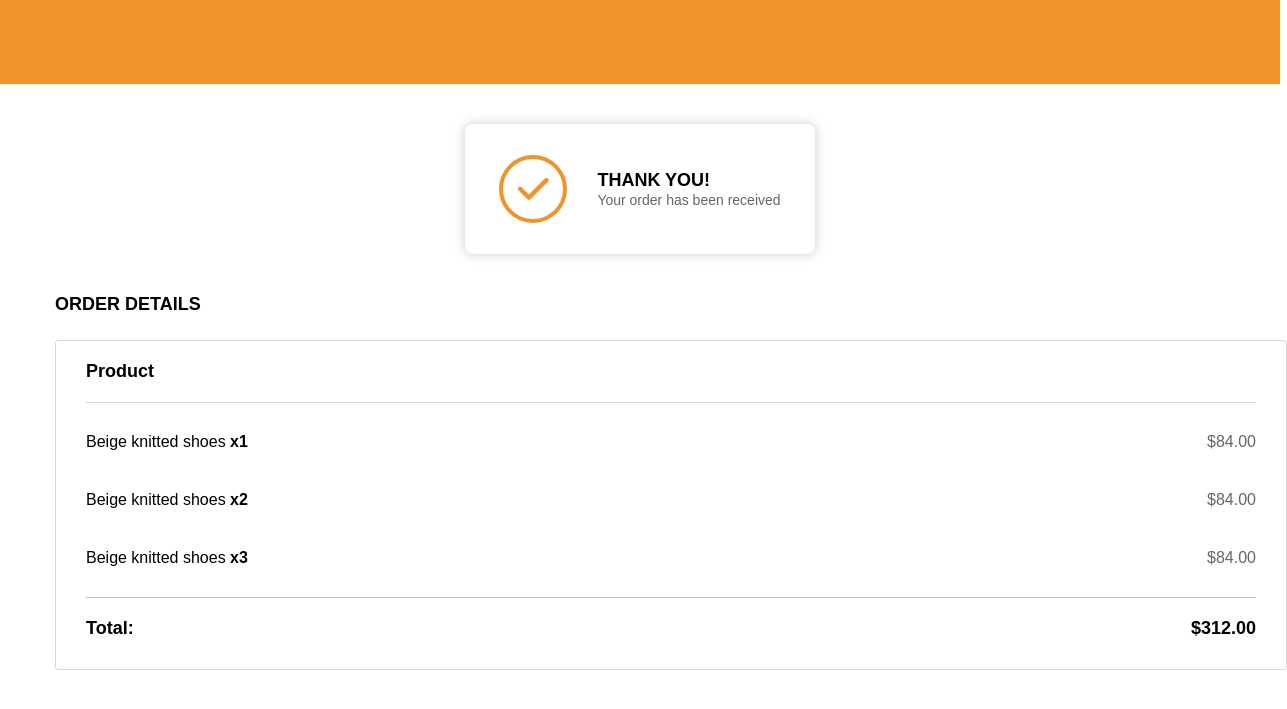
Repository: NguyenDucHung20002/project-homev1
Page: checkout/checkout.html
An editor plug-in stored every save of this project. The page is shown before and after the next save, followed by the edit.
The browser window is 1280 px wide. The page is 1287 px wide, so the pictures cover 1287 px, including what lies to the right of the window. The pictures show the whole page.
The style sheet was rebuilt from its Sass, Less or Tailwind sources for each picture, by a compiler version that may differ from the author's.

Above is the page before, as saved 2022-09-20 10:27:00.

After the next save:
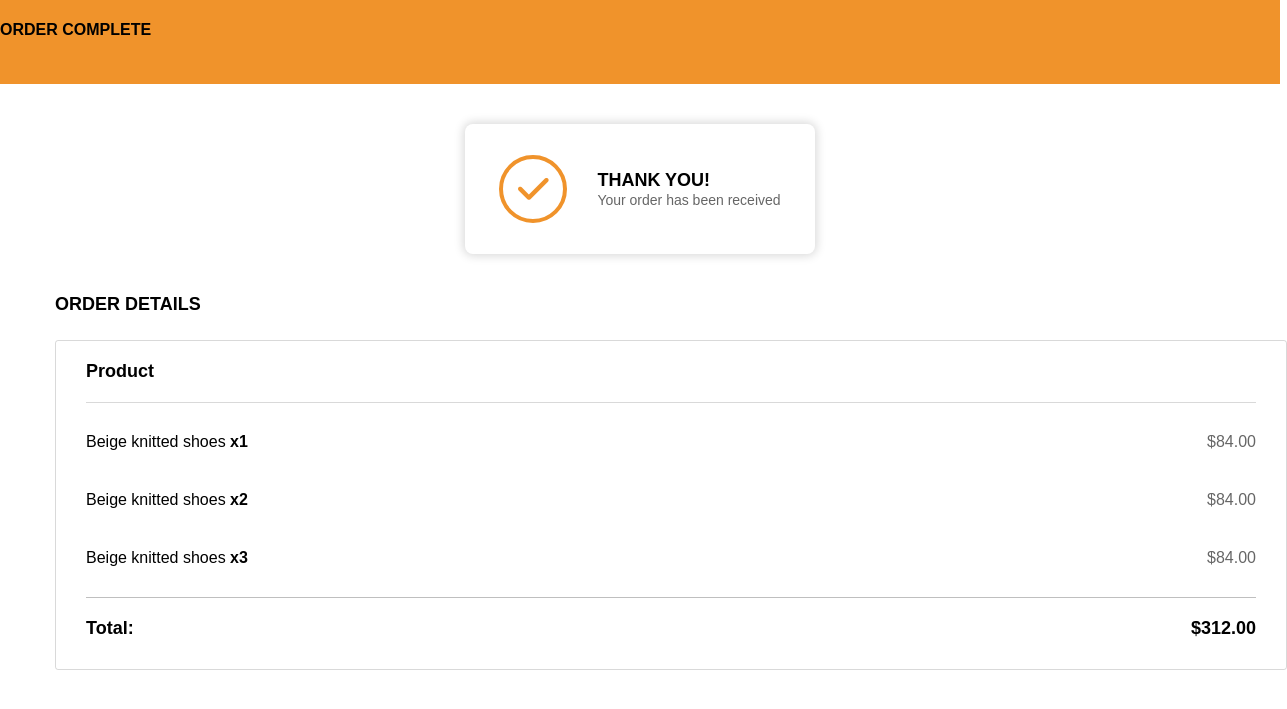
Saved 21 s later.
--- a/checkout/checkout.html
+++ b/checkout/checkout.html
@@ -14,7 +14,7 @@
 
 <body>
     <header>
-
+        <h4>ORDER COMPLETE</h4>
     </header>
 
     <div class="content">
